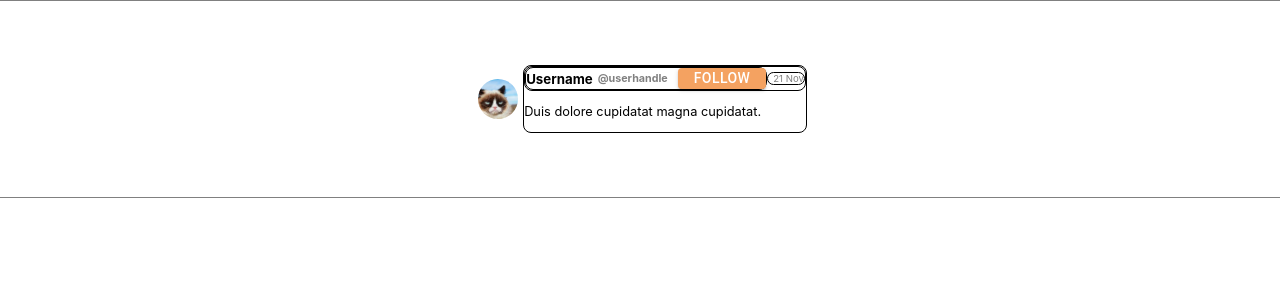
Repository: SeanHLam/comp_orange_client
Page: /comps/tweet (app in orangeapp/)
These files come from the project's save history. The page is drawn as it stood at one moment and after the next save; the edit follows.
The browser window is 1280 px wide. The pictures show the whole page.
The project was rebuilt for these pictures with package versions that can differ from the ones it lists, and the page was loaded fresh each time. The framework's server and built-in components were replaced by stand-ins that run in the browser. Also part of the build but not shown: orangeapp/next.config.js.

Above is the page before, as saved 2022-11-21 15:56:40.

After the next save:
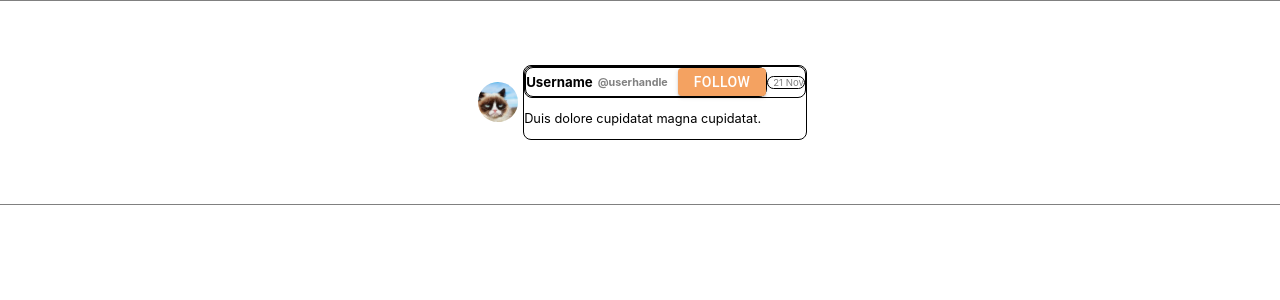
Saved 4 s later.
--- a/orangeapp/pages/comps/tweet.js
+++ b/orangeapp/pages/comps/tweet.js
@@ -63,7 +63,7 @@ export default function TweetComp() {
                     style={{
                         backgroundColor: '#f4a261',
                         width: "fit-content",
-                        height: "1.5em",
+                        height: "2em",
                         marginLeft: 10
                     }}
                 >Follow</Button>
